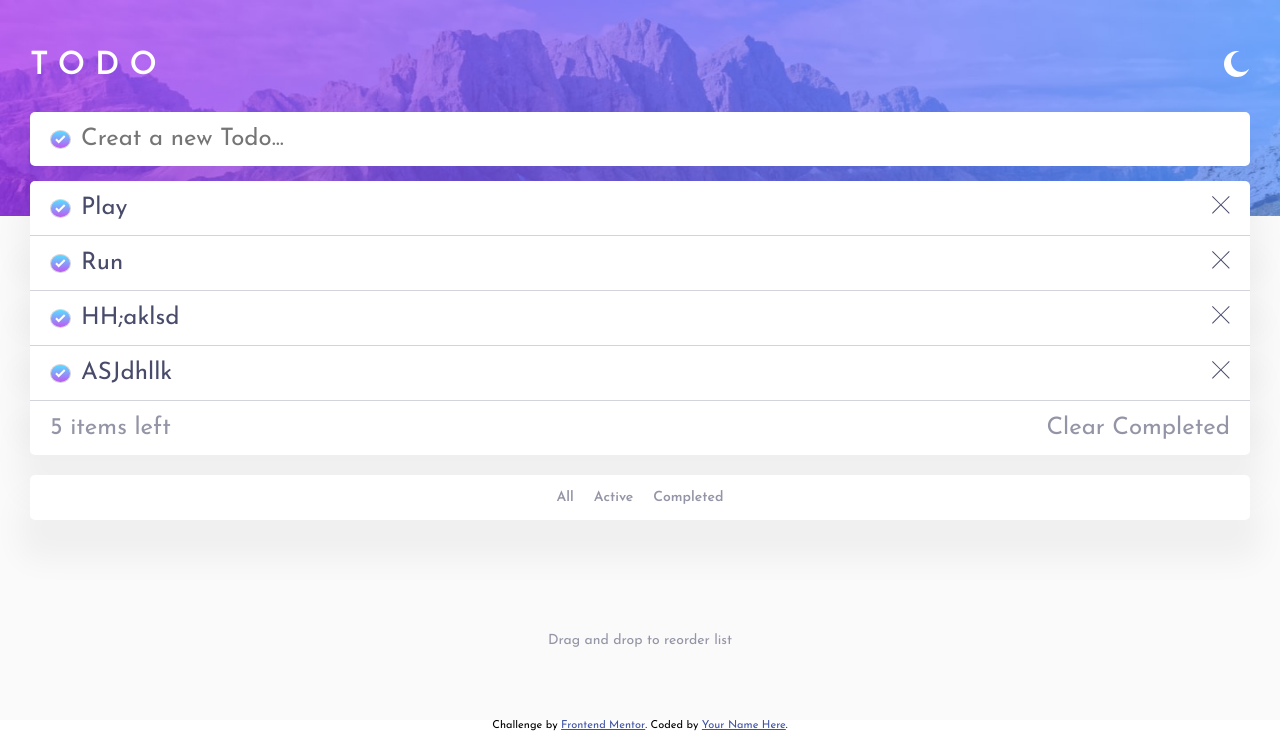
Repository: Baraajad231/Todo-app
Page: /
The author's editor kept a copy of each file at every save. The page is drawn from the files as they stood at one save, then again after the next save.
The browser window is 1280 px wide. The pictures show the whole page.
The project was rebuilt for these pictures with package versions that can differ from the ones it lists, and the page was loaded fresh each time. Also part of the build but not shown: vite.config.js.

Above is the page before, as saved 2025-12-30 13:32:37.

### index.html
<!DOCTYPE html>
<html lang="en" data-theme="light">
  <head>
    <meta charset="UTF-8" />
    <meta name="viewport" content="width=device-width, initial-scale=1.0" />
    <!-- displays site properly based on user's device -->

    <link
      rel="icon"
      type="image/png"
      sizes="32x32"
      href="./images/favicon-32x32.png"
    />

    <title>Frontend Mentor | Todo app</title>

    <!-- Feel free to remove these styles or customise in your own stylesheet 👍 -->
    <style>
      .attribution {
        font-size: 11px;
        text-align: center;
      }
      .attribution a {
        color: hsl(228, 45%, 44%);
      }
    </style>

    <link rel="preconnect" href="https://fonts.googleapis.com" />
    <link rel="preconnect" href="https://fonts.gstatic.com" crossorigin />
    <link
      href="https://fonts.googleapis.com/css2?family=Josefin+Sans:ital,wght@0,100..700;1,100..700&display=swap"
      rel="stylesheet"
    />

    <link rel="stylesheet" href="./styles/style.scss" />
  </head>
  <body>
    <div class="container">
      <picture class="background-Wrapper">
        <source
          media="(min-width:465px)"
          srcset="images/bg-desktop-light.jpg"
        />
        <img
          src="images/bg-mobile-light.jpg"
          alt="bg-mobile-light"
          class="background background-light"
        />
      </picture>

      <div class="todo">
        <div class="todo__header">
          <h1 class="todo__title">TODO</h1>
          <button class="todo__theme button">
            <img src="images/icon-moon.svg" alt="moon icon" />
          </button>
        </div>
        <ul class="todo__list">
          <li class="todo__list__row todo__list__row-input">
            <button class="checkbox button">
              <img
                src="./images/icon-check.svg"
                alt="check"
                class="checkbox__icon"
              />
            </button>
            <input
              type="text"
              placeholder="Creat a new Todo..."
              class="todo__list__input"
            />
          </li>

          <li class="todo__list__row">
            <button class="checkbox button">
              <img
                src="./images/icon-check.svg"
                alt="check"
                class="checkbox__icon"
              />
            </button>
            <span class="todo__list__task">Play</span>
            <button class="remove-btn button">
              <img src="./images/icon-cross.svg" alt="" class="remove-icon" />
            </button>
          </li>
          <li class="todo__list__row">
            <button class="checkbox button">
              <img
                src="./images/icon-check.svg"
                alt="check"
                class="checkbox__icon"
              />
            </button>
            <span class="todo__list__task">Run</span>
            <button class="remove-btn button">
              <img src="./images/icon-cross.svg" alt="" class="remove-icon" />
            </button>
          </li>
          <li class="todo__list__row">
            <button class="checkbox button">
              <img
                src="./images/icon-check.svg"
                alt="check"
                class="checkbox__icon"
              />
            </button>
            <span class="todo__list__task">HH;aklsd</span>
            <button class="remove-btn button">
              <img src="./images/icon-cross.svg" alt="" class="remove-icon" />
            </button>
          </li>
          <li class="todo__list__row">
            <button class="checkbox button">
              <img
                src="./images/icon-check.svg"
                alt="check"
                class="checkbox__icon"
              />
            </button>
            <span class="todo__list__task">ASJdhllk</span>
            <button class="remove-btn button">
              <img src="./images/icon-cross.svg" alt="" class="remove-icon" />
            </button>
          </li>
          <li class="todo__list__row todo__list__row--meta">
            <div class="todo__items-left">
              <span class="todo__items-count">5</span>
              <span class="todo__items-text">items left</span>
            </div>

            <button class="todo__list-clear button">Clear Completed</button>
          </li>

          <li class="todo__list__row todo__list__row--filter">
            <button class="todo__list-all button button-filter">All</button>
            <button class="todo__list-active button button-filter">
              Active
            </button>
            <button class="todo__list-completed button button-filter">
              Completed
            </button>
          </li>
        </ul>
      </div>
    </div>
    <p class="note">Drag and drop to reorder list</p>

    <div class="attribution">
      Challenge by
      <a href="https://www.frontendmentor.io?ref=challenge" target="_blank"
        >Frontend Mentor</a
      >. Coded by <a href="#">Your Name Here</a>.
    </div>
  </body>
</html>

### styles/style.scss
/*variables*/
:root {
  /* ===== Brand / Primary ===== */
  --color-primary: hsl(220, 98%, 61%);

  --gradient-check: linear-gradient(hsl(192, 100%, 67%), hsl(280, 87%, 65%));

  /* ===== Typography ===== */
  --font-family-base: "Josefin Sans", sans-serif;
  --font-size-base: 16px;
  --font-weight-regular: 400;
  --font-weight-bold: 700;
}

:root[data-theme="light"] {
  --color-bg: hsl(0, 0%, 98%);
  --color-surface: #ffffff;

  --color-text-primary: hsl(235, 19%, 35%);
  --color-text-secondary: hsl(236, 9%, 61%);

  --color-border: hsl(233, 11%, 84%);
  --color-completed: hsl(234, 39%, 85%);
}

:root[data-theme="dark"] {
  --color-bg: hsl(235, 21%, 11%);
  --color-surface: hsl(235, 24%, 19%);

  --color-text-primary: hsl(234, 39%, 85%);
  --color-text-secondary: hsl(236, 9%, 61%);

  --color-border: hsl(237, 14%, 26%);
  --color-muted: hsl(233, 14%, 35%);
}

/* Reset */
* {
  margin: 0;
  padding: 0;
  font: inherit;
}

*,
*::after,
*::before {
  box-sizing: border-box;
}

a {
  color: inherit;
  display: inline-block;
}

button,
[type="submit"] {
  background-color: transparent;
  border: none;
  cursor: pointer;
}

ul,
ol {
  list-style: none;
}

html {
  font-size: 62.5%;
}

body {
  font-size: 1.6rem;
  font-family: var(--font-family-base);
  color: var(--color-text-primar);
}
/* End Reset */

/*container*/
.container {
  position: relative;
  height: 100vh;
  background-color: var(--color-bg);
}
.background {
  width: 100vw;
  @media (min-width: 769px) {
    height: 30%;
  }
}

.todo {
  display: flex;
  flex-direction: column;
  gap: 3rem;
  position: absolute;
  top: 0;
  width: calc(100% - 6rem);
  margin: 5rem 3rem;

  &__header {
    display: flex;
    justify-content: space-between;
    .todo__title {
      font-size: 2.4rem;
      color: white;
      letter-spacing: 1rem;
      font-weight: 600;

      @media (min-width: 769px) {
        font-size: 3.2rem;
      }
    }
  }

  &__list {
    font-size: 1.2rem;

    @media (min-width: 769px) {
      font-size: 2.4rem;
    }

    &__row {
      background-color: var(--color-surface);
      padding: 1.5rem 2rem;
      display: flex;
      align-items: center;
      color: var(--color-text-primary);
      box-shadow: 0 3rem 3rem 1rem rgba(0, 0, 0, 0.045);
      &--completed {
        text-decoration: line-through;
        color: var(--color-completed);
      }
      &:nth-child(2) {
        border-radius: 0.5rem 0.5rem 0 0;
      }

      & .checkbox {
        border: 1px solid var(--color-border);
        border-radius: 50%;
        background: var(--gradient-check);
        margin-right: 1rem;
        display: flex;
        align-items: center;
        justify-content: center;

        &__icon {
          padding: 0.4rem;
        }
      }

      & .todo__list__task {
        margin-right: auto;
      }
      &-input {
        margin-bottom: 1.5rem;

        & .todo__list__input {
          border: none;
          background-color: transparent;

          &:focus {
            outline: none;
            caret-color: var(--color-primary);
          }
        }
      }

      &:not(&-input, &--filter, &--meta) {
        border-bottom: 1px solid var(--color-border);
      }

      &--meta {
        display: flex;
        justify-content: space-between;

        border-radius: 0 0 0.5rem 0.5rem;
      }

      &--filter {
        display: flex;
        justify-content: center;
        gap: 2rem;
        margin-top: 2rem;
        font-size: 1.4rem;
      }
      &--filter,
      &-input {
        border-radius: 0.5rem;
      }
      &--filter,
      &--meta {
        color: var(--color-text-secondary);
      }
    }
  }
}

.note {
  position: absolute;
  bottom: 10%;
  left: 50%;
  transform: translateX(-50%);
  width: max-content;
  font-size: 1.4rem;
  color: var(--color-text-secondary);
}

.button {
  color: var(--color-text-secondary);

  &:active {
    transform: scale(0.9);
    color: var(--color-text-primary);
  }

  &-filter {
    &:focus {
      color: var(--color-primary);
    }
    font-weight: 600;
  }
}

After the next save:
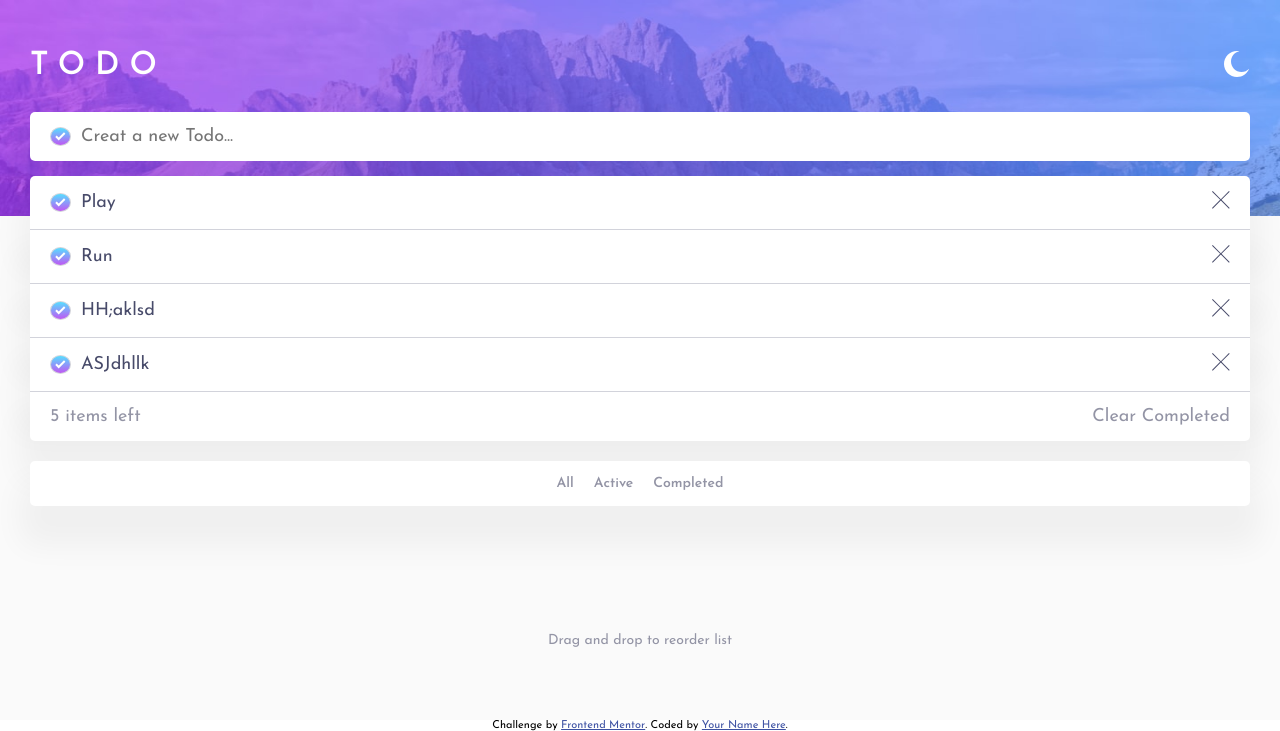
Saved 4 s later.
--- a/styles/style.scss
+++ b/styles/style.scss
@@ -116,7 +116,7 @@ body {
     font-size: 1.2rem;
 
     @media (min-width: 769px) {
-      font-size: 2.4rem;
+      font-size: 1.8rem;
     }
 
     &__row {
